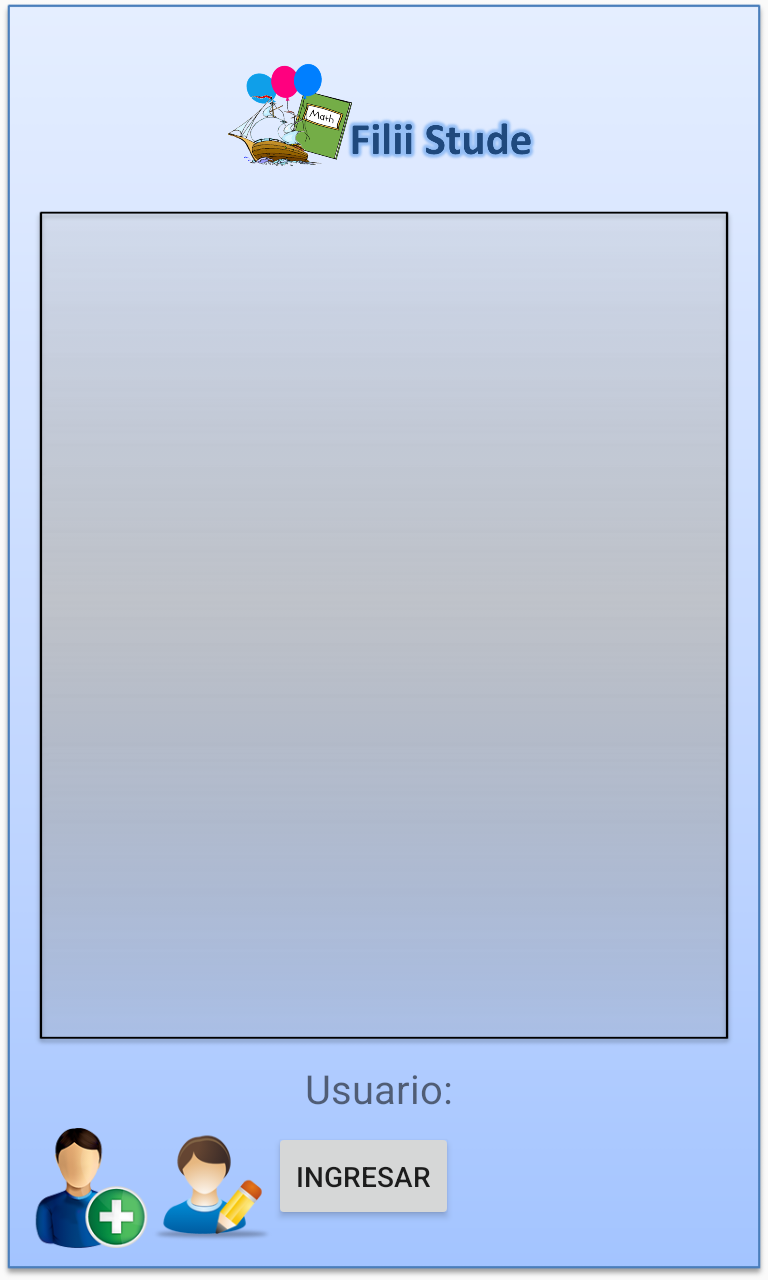
Repository: AntonioloNeviani/ProyectoDeInvestigacion_Android
Layout: FiliiStude/res/layout/activity_main.xml
An editor plug-in stored every save of this project. The layout is shown before and after the next save, followed by the edit.
It is drawn on a 768 x 1280 px phone screen (xhdpi) without system bars, with theme AppTheme; the app's code is not run. Lists and similar views that code fills are empty.

Above is the layout before, as saved 2015-05-26 17:33:39.

After the next save:
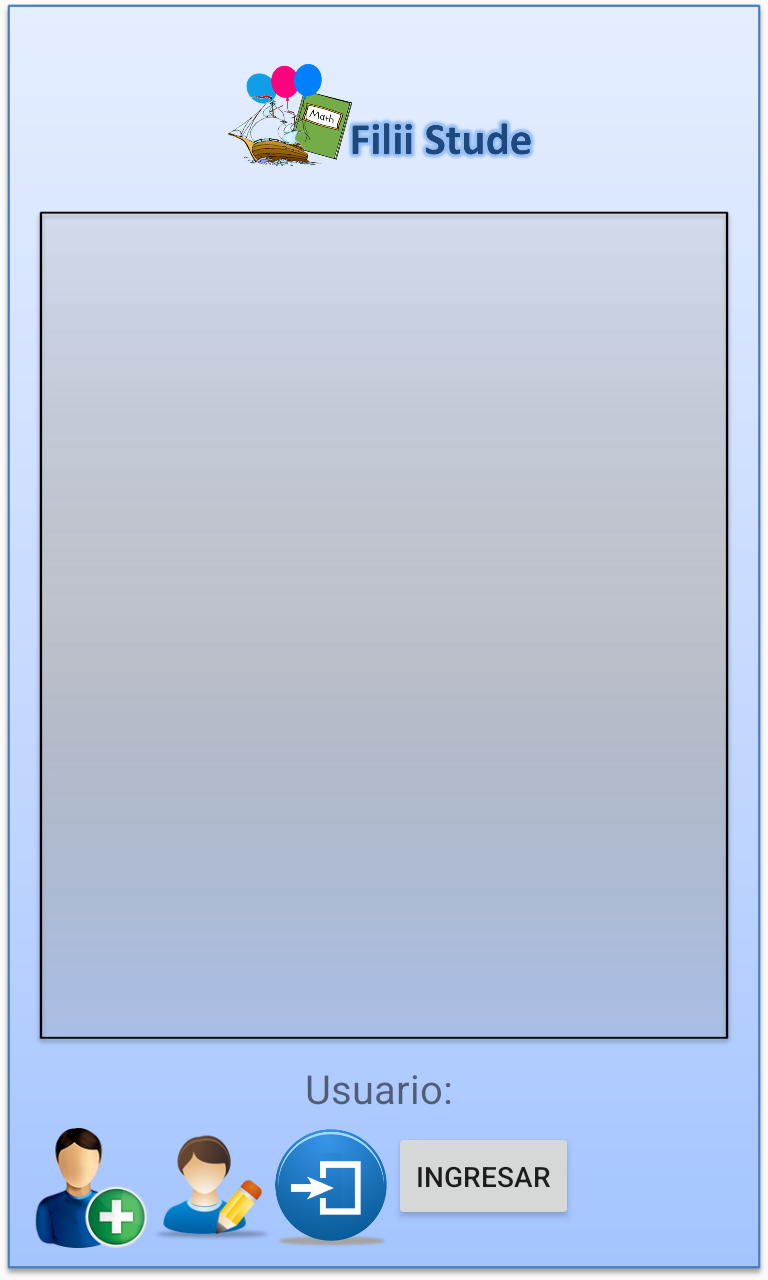
Saved 2 min 42 s later.
--- a/FiliiStude/res/layout/activity_main.xml
+++ b/FiliiStude/res/layout/activity_main.xml
@@ -76,6 +76,13 @@
                 android:background="@drawable/edit"
                 android:onClick="onClick" />
 
+            <ImageButton
+                android:id="@+id/imageButton1"
+                android:layout_width="60dp"
+                android:layout_height="60dp"
+                android:background="@drawable/entericon"
+                android:onClick="onClick"  />
+
             <Button
                 android:id="@+id/button2"
                 android:layout_width="wrap_content"
